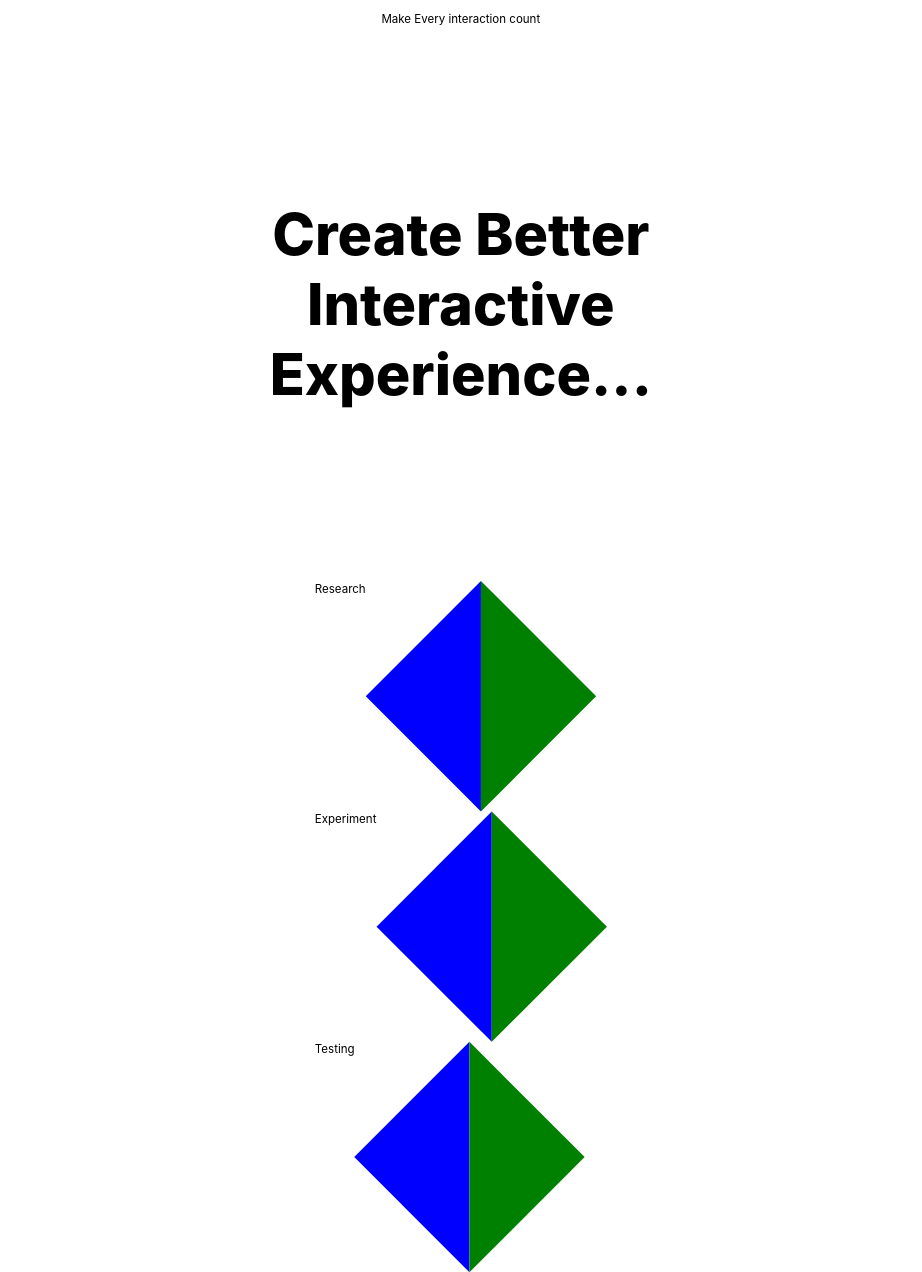
Repository: YingCG/interaction-design
Page: /
The author's editor kept a copy of each file at every save. The page is drawn from the files as they stood at one save, then again after the next save.
The browser window is 1280 px wide. The pictures show the whole page, at 72% of full size.
The project was rebuilt for these pictures with package versions that can differ from the ones it lists, and the page was loaded fresh each time.

Above is the page before, as saved 2023-09-07 10:39:43.

After the next save:
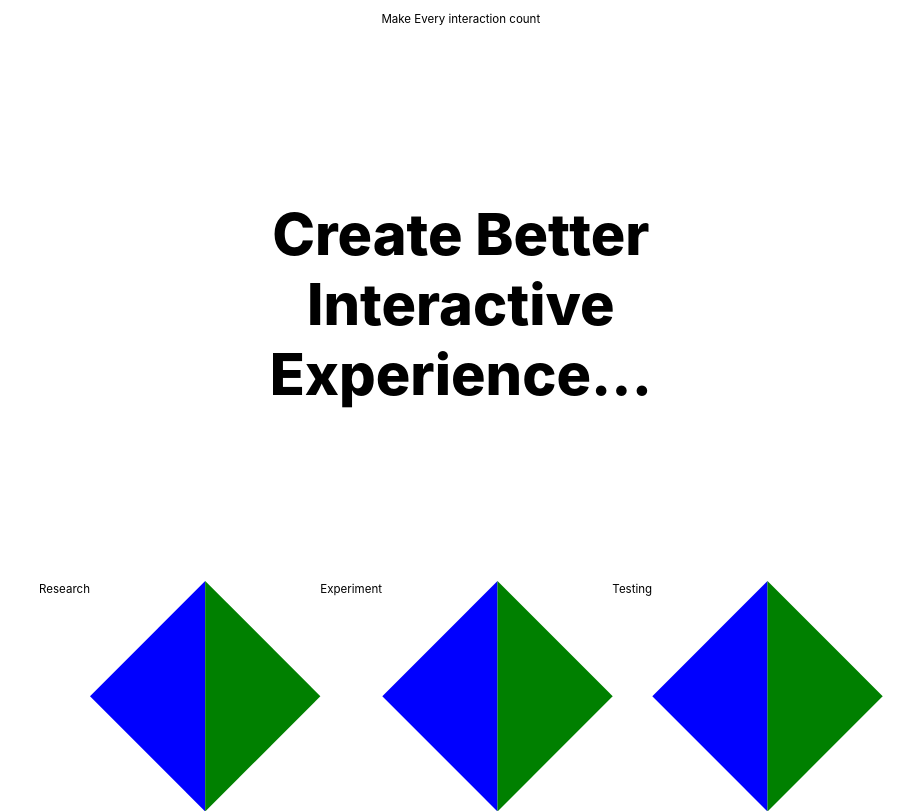
Saved 8 s later.
--- a/src/App.css
+++ b/src/App.css
@@ -44,3 +44,7 @@
   display: flex;
   width: 50%;
 }
+
+.container-triple {
+  display: flex;
+}

After the save that followed:
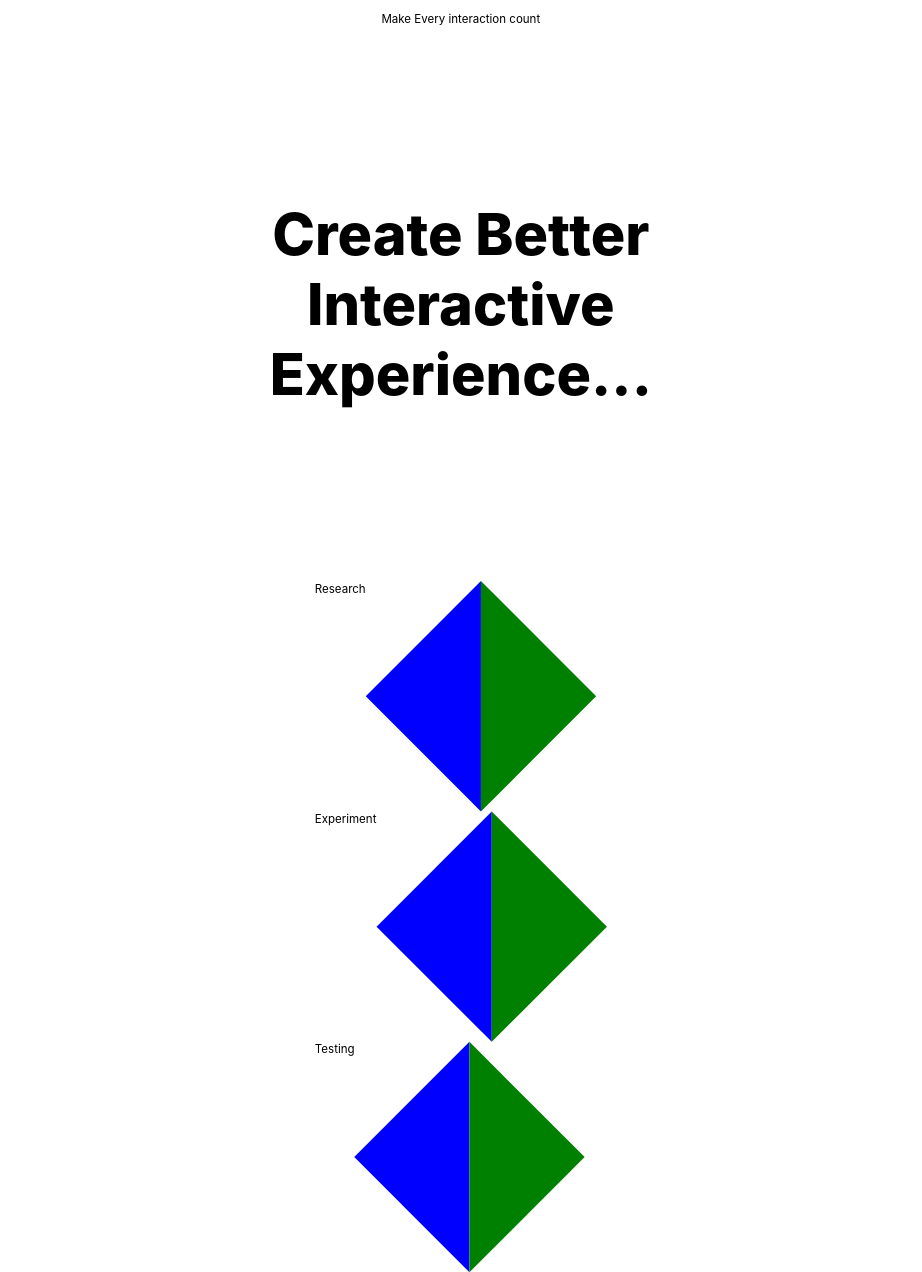
Saved 29 s later.
--- a/src/App.css
+++ b/src/App.css
@@ -47,4 +47,5 @@
 
 .container-triple {
   display: flex;
+  flex-direction: column;
 }
